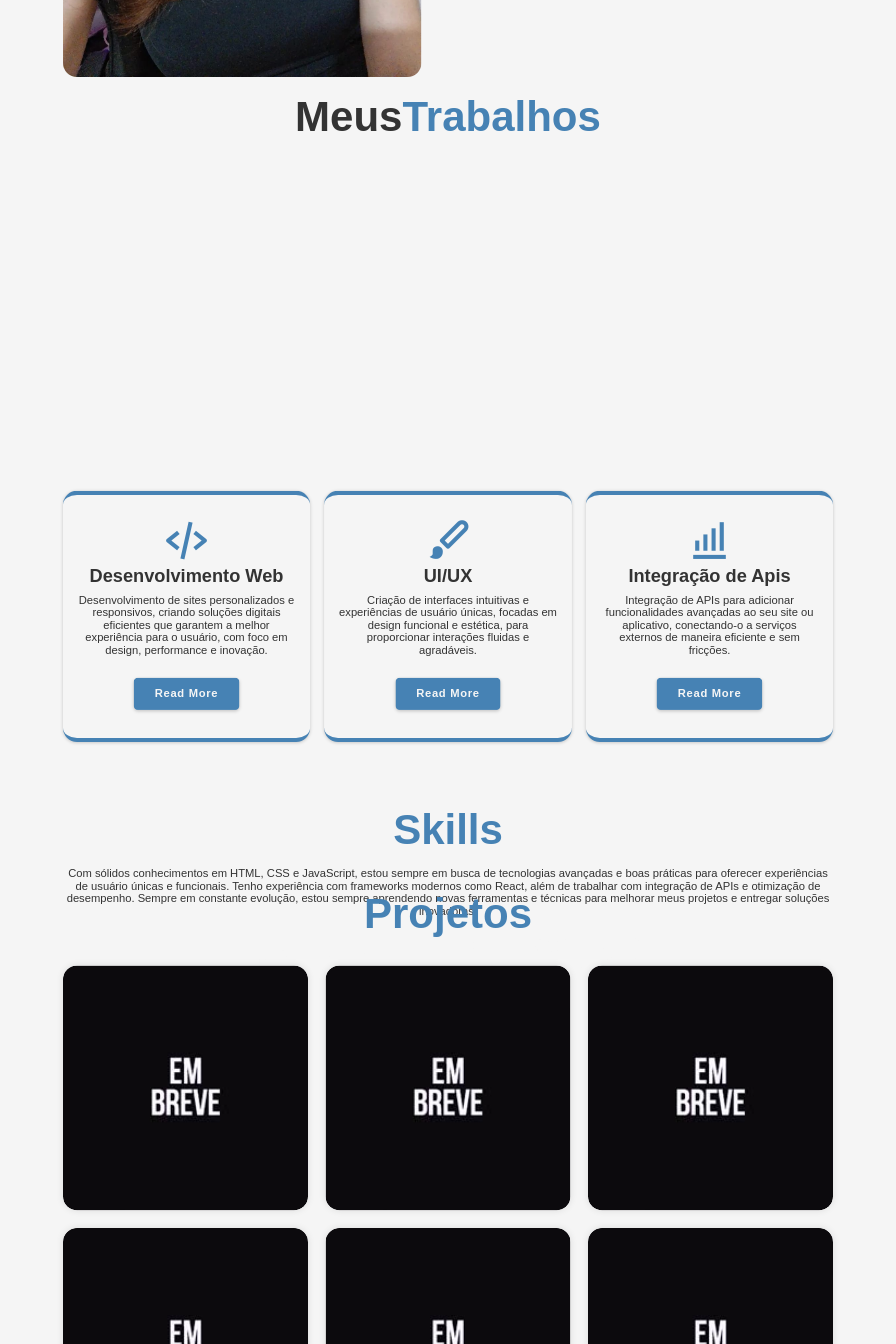
Repository: AliciaKathleen/portfolio-2025
Page: index.html
These files come from the project's save history. The page is drawn as it stood at one moment and after the next save; the edit follows.
The browser window is 1280 px wide. The pictures show the part of the page from y = 1393 to 3313 px (the page is 4396 px tall before and 3946 px after), at 70% of full size.

Above is the page before, as saved 2025-01-27 17:08:09.
Console error: TypeError: Cannot read properties of null (reading 'classList')

After the next save:
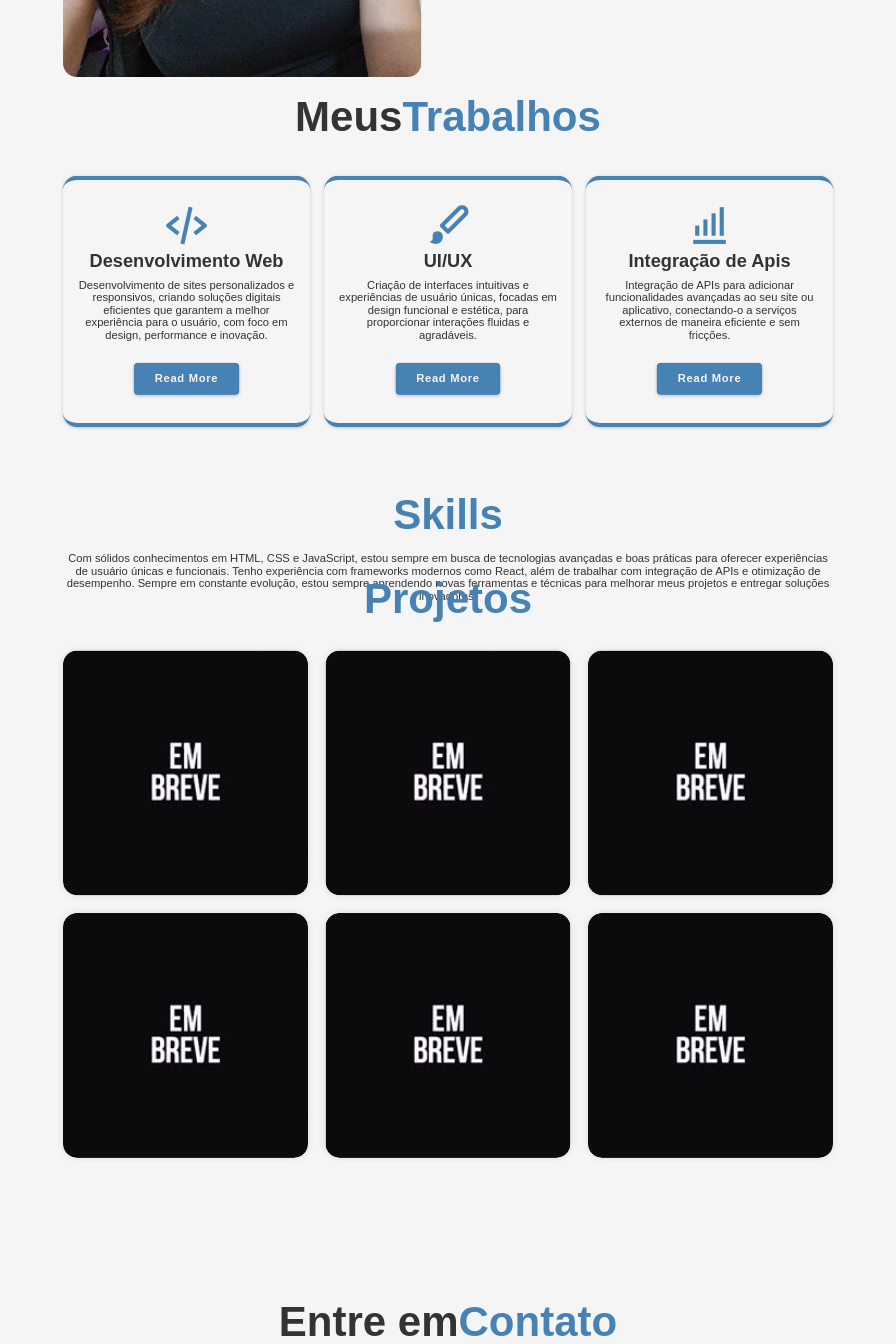
Saved 4 s later.
--- a/style.css
+++ b/style.css
@@ -301,7 +301,7 @@ span {
 }
 
 .services h2 {
-    margin-bottom: 50rem;
+    margin-bottom: 5rem;
 }
 
 .services .services-container {
